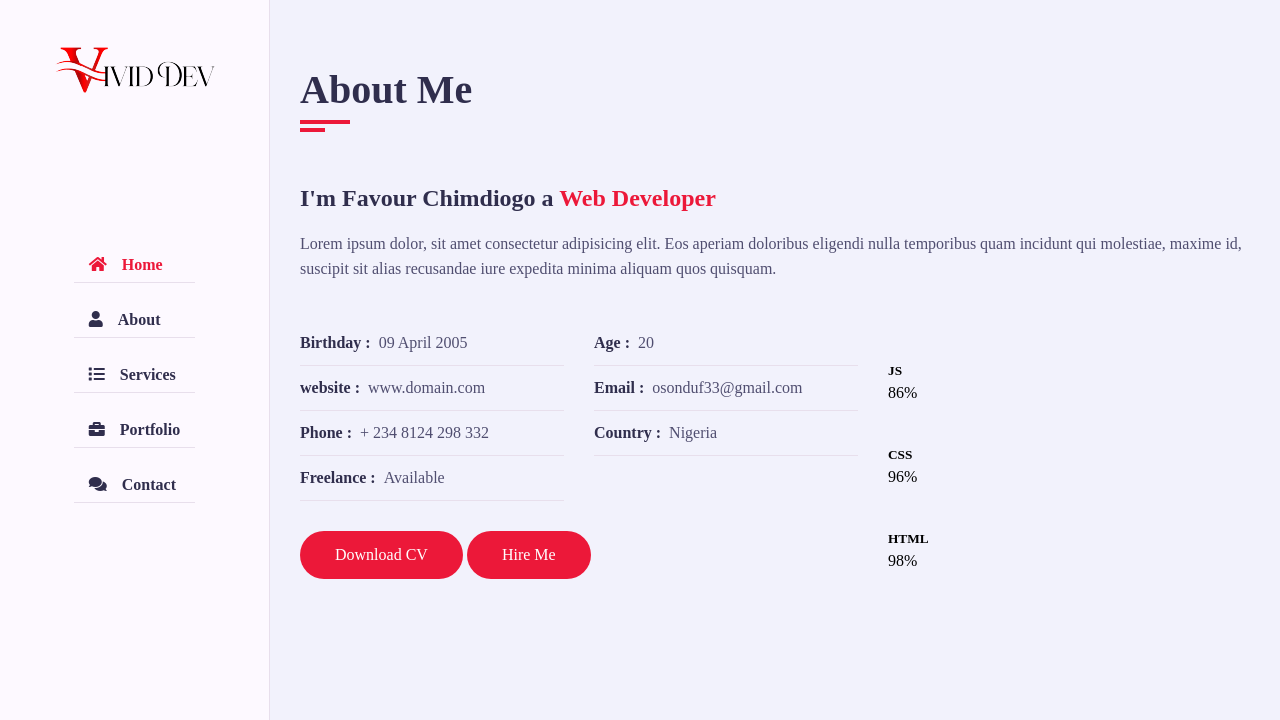
Repository: Big-Fave1/vivid-dev-portfolio
Page: build/index.html
These files come from the project's save history. The page is drawn as it stood at one moment and after the next save; the edit follows.
The browser window is 1280 px wide. The pictures show the whole page.
Some web fonts or font styles are not loaded; a fallback is used.

Above is the page before, as saved 2025-05-30 14:23:07.

### build/index.html
<!DOCTYPE html>
<html lang="en">
<head>
    <meta charset="UTF-8">
    <meta name="viewport" content="width=device-width, initial-scale=1.0">
    <title>Vivid Dev Portfolio</title>
    <link rel="stylesheet" href="css/style.css">
    <link rel="stylesheet" href="css/color-1.css">
    <link rel="stylesheet" href="https://cdnjs.cloudflare.com/ajax/libs/font-awesome/5.15.4/css/all.min.css">
</head>
<body>
    <!--- ==== main container Start==== -->
    <div class="main-container"></div>
    <!--- ==== Aside Start === -->
    <div class="aside">
        <div class="logo">
        <a href="#"><img src="img/vivid 3.png" alt=""></a>
        </div>
        <div class="nav-toggler">
            <i class="fa fa-bars" aria-hidden="true"></i>
        </div>
        <ul class="nav">
            <li><a href="#" class="active"><i class="fa fa-home"></i>Home</a></li>
            <li><a href="#"><i class="fa fa-user"></i>About</a></li>
            <li><a href="#"><i class="fa fa-list"></i>Services</a></li>
            <li><a href="#"><i class="fa fa-briefcase"></i>Portfolio</a></li>
            <li><a href="#"><i class="fa fa-comments"></i>Contact</a></li>
        </ul>
    </div>
    <!--- ==== Aside End === -->
    <!--- ==== Main content Start === -->
    <div class="main-content">
        <!--- === Home Section Start === -->
        <section class="home section hidden">
            <div class="container">
                <div class="row">
                    <div class="home-info padd-15">
                        <h3 class="hello">Hello, my name is <span class="name">Favour Chimdiogo</span></h3>
                        <h3 class="my-profession">I'm a <Span class="typing">Web Developer</Span></h3>
                        <p>I'm a web designer with extensive experience for over a year.My expertise is to create a website design, and many more...</p>
                    <a href="#contact" class="btn hire-me">Hire Me</a>
                    </div>
                    <div class="home-img padd-15">
                        <img src="img/home image.jpg" alt="">
                    </div>
                </div>
            </div>
        </section>
    <!--- === Home Section End === -->
    <!--- === About  Section Start === -->
        <section class="about section">
            <div class="container">
                <div class="row">
                    <div class="section-title padd-15">
                        <h2>About Me</h2>
                    </div>
                </div>
                <div class="row">
                    <div class="about-content padd-15">
                        <div class="row">
                            <div class="about-text padd-15">
                                <h3>I'm Favour Chimdiogo a <span>Web Developer</span></h3>
                                <p>Lorem ipsum dolor, sit amet consectetur adipisicing elit. Eos aperiam doloribus eligendi nulla temporibus quam incidunt qui molestiae, maxime id, suscipit sit alias recusandae iure expedita minima aliquam quos quisquam.</p>
                            </div>
                        </div>
                        <div class="row">
                            <div class="personal-info padd-15">
                                <div class="row">
                                    <div class="info-item padd-15">
                                        <p>Birthday : <span>09 April 2005</span></p>
                                    </div>
                                    <div class="info-item padd-15">
                                        <p>Age : <span>20</span></p>
                                    </div>
                                    <div class="info-item padd-15">
                                        <p>website : <span>www.domain.com</span></p>
                                    </div>
                                    <div class="info-item padd-15">
                                        <p>Email : <span>osonduf33@gmail.com</span></p>
                                    </div>
                                    <div class="info-item padd-15">
                                        <p>Phone : <span>+ 234 8124 298 332</span></p>
                                    </div>
                                    <div class="info-item padd-15">
                                        <p>Country : <span>Nigeria</span></p>
                                    </div>
                                    <div class="info-item padd-15">
                                        <p>Freelance : <span>Available</span></p>
                                    </div>
                                </div>
                                <div class="row">
                                    <div class="buttons padd-15">
                                        <a href="#" class="btn">Download CV</a>
                                        <a href="#contact" class="btn hire-me padd-15">Hire Me</a>
                                    </div>
                                </div>
                            </div>
                            <div class="skills padd-15">
                                <div class="row">
                                    <div class="skill-item  padd-15">
                                        <h5>JS</h5>
                                        <div class="progress">
                                            <div class="progress-in" style="width: 86%;"></div>
                                            <div class="skill-percent">86%</div>
                                        </div>
                                    </div>
                                    <div class="skill-item  padd-15">
                                        <h5>CSS</h5>
                                        <div class="progress">
                                            <div class="progress-in" style="width: 96%;"></div>
                                            <div class="skill-percent">96%</div>
                                        </div>
                                    </div>
                                    <div class="skill-item  padd-15">
                                        <h5>HTML</h5>
                                        <div class="progress">
                                            <div class="progress-in" style="width: 98%;"></div>
                                            <div class="skill-percent">98%</div>
                                        </div>
                                    </div>
                                </div>
                            </div>
                        </div>
                    </div>
                </div>
            </div>
        </section>
    <!--- === About  Section End === -->
    </div>
    <!--- ==== Main content End === -->
    <!--- ====main container End === -->
</body>
</html>

### build/css/style.css

@import url('https://fonts.googleapis.com/css2?family=Clicker+Script&family=Poppins:ital,wght@0,100;0,200;0,300;0,400;0,500;0,600;0,700;0,800;0,900;1,100;1,200;1,300;1,400;1,500;1,600;1,700;1,800;1,900&display=swap');


:root
{
    --bg-black-900:#f2f2fc;
    --bg-black-100:#fdf9ff;
    --bg-black-50:#e8dfec;
    --text-black-900:#302e4d;
    --text-black-700:#504e70;

}

body
{
    line-height:1.5;
    font-size:16px;
    font-family: 'Poppins'sans-serif;
}

*
{
    margin: 0;
    padding: 0;
    outline:none;
    text-decoration:none;
    text-decoration:none;
    box-sizing: border-box;
}
::before, ::after
{
    box-sizing:border-box;
}
ul
{
    list-style: none;
}
.section
{
    background:var(--bg-black-900);
    min-height: 100vh;
    display: block;
    padding: 0 30px;
    opacity: 1;
}
.hidden
{
    display: none !important;
}
.main-content
{
    padding-left: 270px;
}
.padd-15
{
    padding-left: 15px;
    padding-right: 15px;
}
.container{
    max-width: 1100px;
    width: 100%;
    margin: auto;
}
.section .container
{
    padding-top: 60px;
    padding-bottom: 70px;

}
.section-title
{
    flex: 0 0 100%;
    max-width: 100%;
    margin-bottom: 60px;

}
.section-title h2
{
    font-size: 40px;
    color: var(--text-black-900);
    font-weight: 700;
    position: relative;
}
.section-title h2::before
{
   content: '';
   height: 4px;
   width: 50px;
   background-color: var(--skin-color);
   position: absolute;
   top: 100%;
   left: 0;
}
.section-title h2::after
{
   content: '';
   height: 4px;
   width: 25px;
   background-color: var(--skin-color);
   position: absolute;
   top: 100%;
   left: 0;
   margin-top:8px;
}
.row
{
    display: flex;
    flex-wrap: wrap;
    margin-left: -15px;
    margin-right: -15px;
    position: relative;
}
.btn
{
    font-size: 16px;
    font-weight: 500;
    padding: 12px 35px;
    background: var(--skin-color);
    color: white;
    border: none;
    display: inline-block;
    white-space: nowrap;
    transition: all 0.3s ease;
    border-radius:40px;
}
.btn:hover
{
    transform: scale(1.05);
}
/* aside */
.aside
{
width: 270px;
background:var(--bg-black-100);
position: fixed;
left: 0;
top: 0;
padding: 30px;
height: 100%;
border-right:1px solid var(--bg-black-50);
z-index: 10;
display: flex;
justify-content: center;
align-items: center;
}
.aside .logo
{
    position: absolute;
    top: -30px;
    ;
}
.aside .logo a
{
    color: var(--bg-black-900);
    font-weight: 700;
    padding: 15px 20px;
    font-size: 30px;
    position: relative;
}
/*.aside .logo a span
.aside .logo a:before
{
    content:'';
    position: absolute;
    width: 20px;
    height: 20px;
    border-bottom: 5px solid var(--skin-color);
    border-left: 5px solid var(--skin-color);
    bottom: 0;
    left: 0;

}
.aside .logo a:after
{
    content:'';
    position: absolute;
    width: 20px;
    height: 20px;
    border-top: 5px solid var(--skin-color);
    border-right: 5px solid var(--skin-color);
    top: 0;
    right: 0;

}
    */
.aside .nav-toggler
{
    height: 40px;
    width: 45px;
    border: 1px solid var(--bg-black-50);
    cursor: pointer;
    position: fixed;
    left: 300px;
    top: 20px;
    color: var(--skin-color);
    border-radius: 5px;
    background:var(--bg-black-100);
    display: none;
    align-items:center;
    justify-content: center;
}
.aside .nav
{
    margin-top: 50px;
}
.aside .nav li
{
    margin-bottom: 20px;
    display: block;
}
.aside .nav li a
{
    font-size: 16px;
    font-weight: 600;
    display: block;
    border-bottom:1px solid var(--bg-black-50);
    color:var(--text-black-900);
    padding: 5px 15px;
}
.aside .nav li a.active
{
    color:var(--skin-color);
}
.aside .nav li a i
{
    margin-right: 15px;

}
/* home*/
.home
{
    min-height: 100vh;
    display: flex;
    color: var(--text-black-900);

}
.home-info
{
    flex: 0 60%;
    max-width: 60%;
}
h3.hello
{
    font-size: 28px;
    margin: 15PX 0;
}
h3.hello span
{
    font-family: 'clicker script', cursive;
    font-size: 30px;
    font-weight: 700;
    color:var(--skin-color);
}
h3.my-profession
{
    font-size:30px;
    margin: 15px 0;
}
.typing
{
    color: var(--skin-color);
}
.home-info p
{
    margin-bottom: 70px;
    font-size: 20px;
    color: var(--text-black-700);
}
.home .home-img
{
    flex: 0 0 40%;
    max-width: 40%;
    text-align: center;
    position: relative;
}
.home-img::after
{
    content: '';
    position: absolute;
    height: 80px;
    width: 80px;
    right: 20px;
    bottom: -40px;
    border-bottom: 10px solid var(--skin-color);
    border-right: 10px solid var(--skin-color);
}
.home-img::before
{
    content: '';
    position: absolute;
    height: 80px;
    width: 80px;
    left: -20px;
    top: -40px;
    border-top: 10px solid var(--skin-color);
    border-left: 10px solid var(--skin-color);
}
.home .home-img img
{
    margin: auto;
    border-radius:5px;
    height: 400px;
}
/* About */
.about .about-content
{
    flex: 0 0 100%;
    max-width: 100%;
}
.about .about-content .about-text
{
    flex: 0 0 100%;
    max-width: 100%;
}
.about .about-content .about-text h3
{
    font-size: 24px;
    margin-bottom: 15px;
    font-weight: 700;
    color:var(--text-black-900);
}
.about .about-content .about-text h3 span
{
    color:var(--skin-color);
}
.about .about-content .about-text p
{
    font-size:16px;
    line-height: 25px;
    color: var(--text-black-700);
}
.about .about-content .personal-info
{
    flex: 0 0 60%;
    max-width: 60%;
    margin-top: 40px;
}
.about .about-content .personal-info .info-item p
{
    font-weight: 600;
    padding: 10px 0;
    font-size: 16px;
    color: var(--text-black-900);
    border-bottom: 1px solid var(--bg-black-50);
}
.about .about-content .personal-info .info-item p span
{
    font-weight: 400;
    color: var(--text-black-700);
    margin-left: 4px;
    display: inline-block;
}
.about .about-content .personal-info .info-item
{
    flex: 0 0 50%;
    max-width: 50%;
}
.about .about-content .personal-info .buttons
{
    margin-top: 30px;

}
.about .about-content .personal-info .buttons.btn
{
    margin-right: 30px;
    margin-top: 10px;

}
.about .about-content .skills
{
    flex: 0 0 40%;
    max-width: 40%;
    margin-top: 40px;
}
.about .about-content .skills .skill-item
{
    flex: 0 0 100%;
    max-width: 100%;
    margin-top: 40px;
}

### build/css/color-1.css

:root
{
    --skin-color:#ec1839;
}

After the next save:
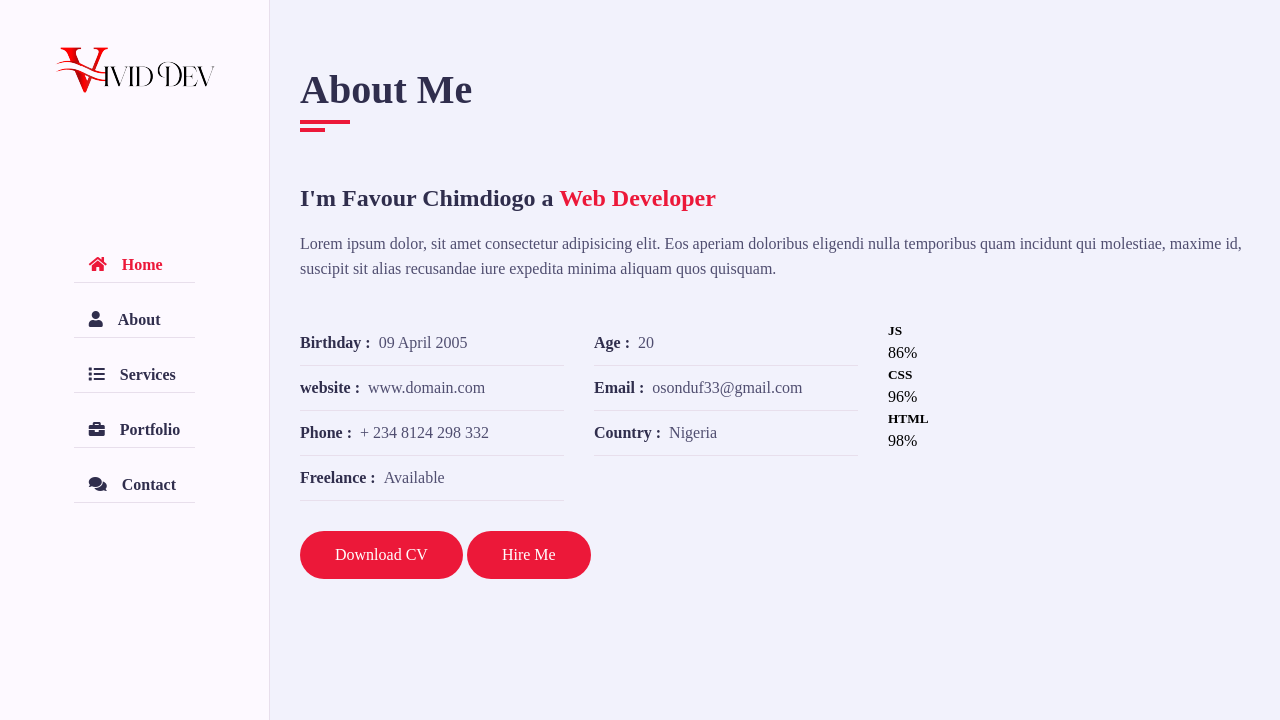
Saved 23 s later.
--- a/build/css/style.css
+++ b/build/css/style.css
@@ -377,5 +377,4 @@ h3.my-profession
 {
     flex: 0 0 100%;
     max-width: 100%;
-    margin-top: 40px;
-}
+}
